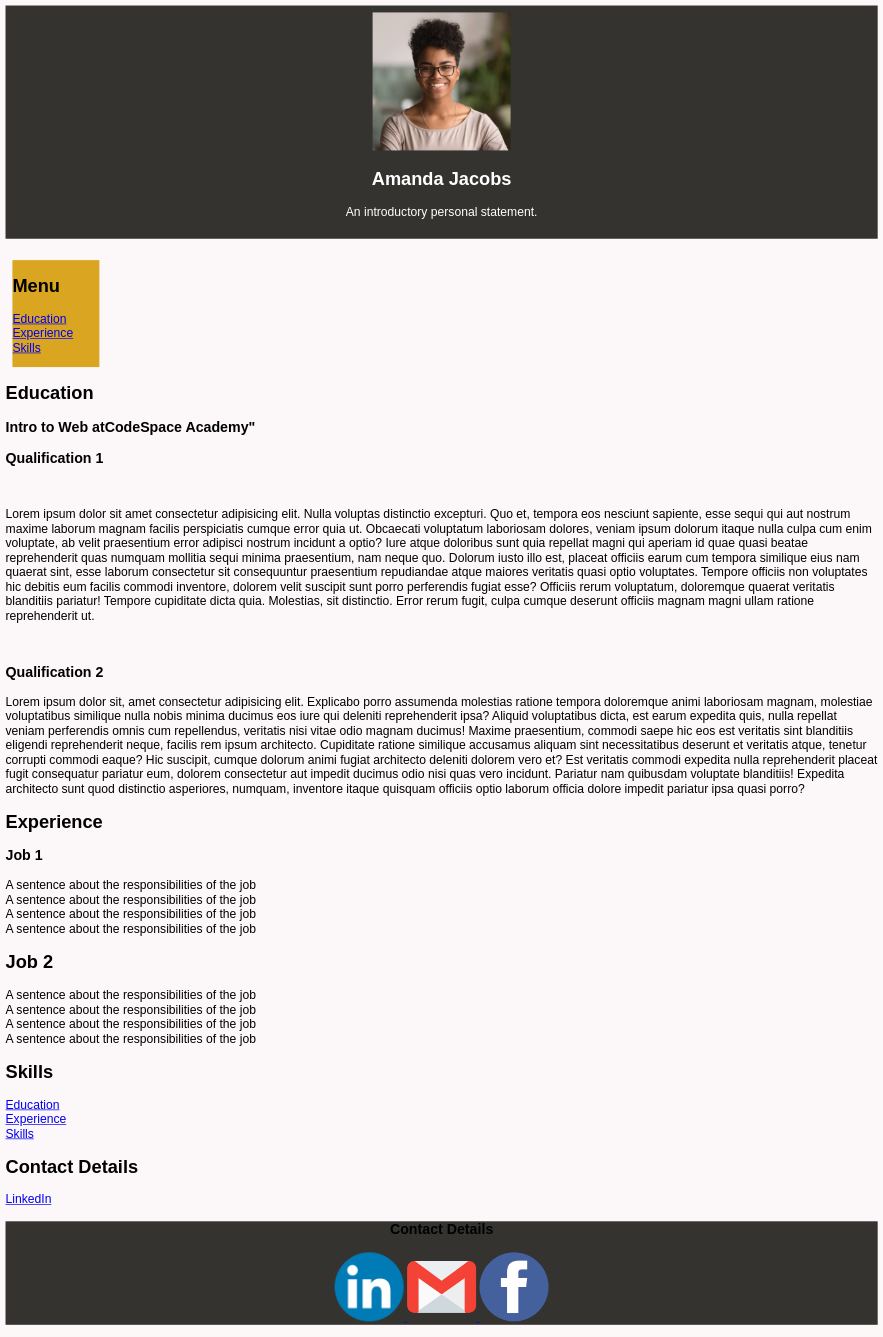
Repository: LeonardMhere/Resume-3
Page: resume `3/index.html
The author's editor kept a copy of each file at every save. The page is drawn from the files as they stood at one save, then again after the next save.
The browser window is 1280 px wide. The pictures show the whole page, at 69% of full size.

Above is the page before, as saved 2023-03-23 09:43:53.

After the next save:
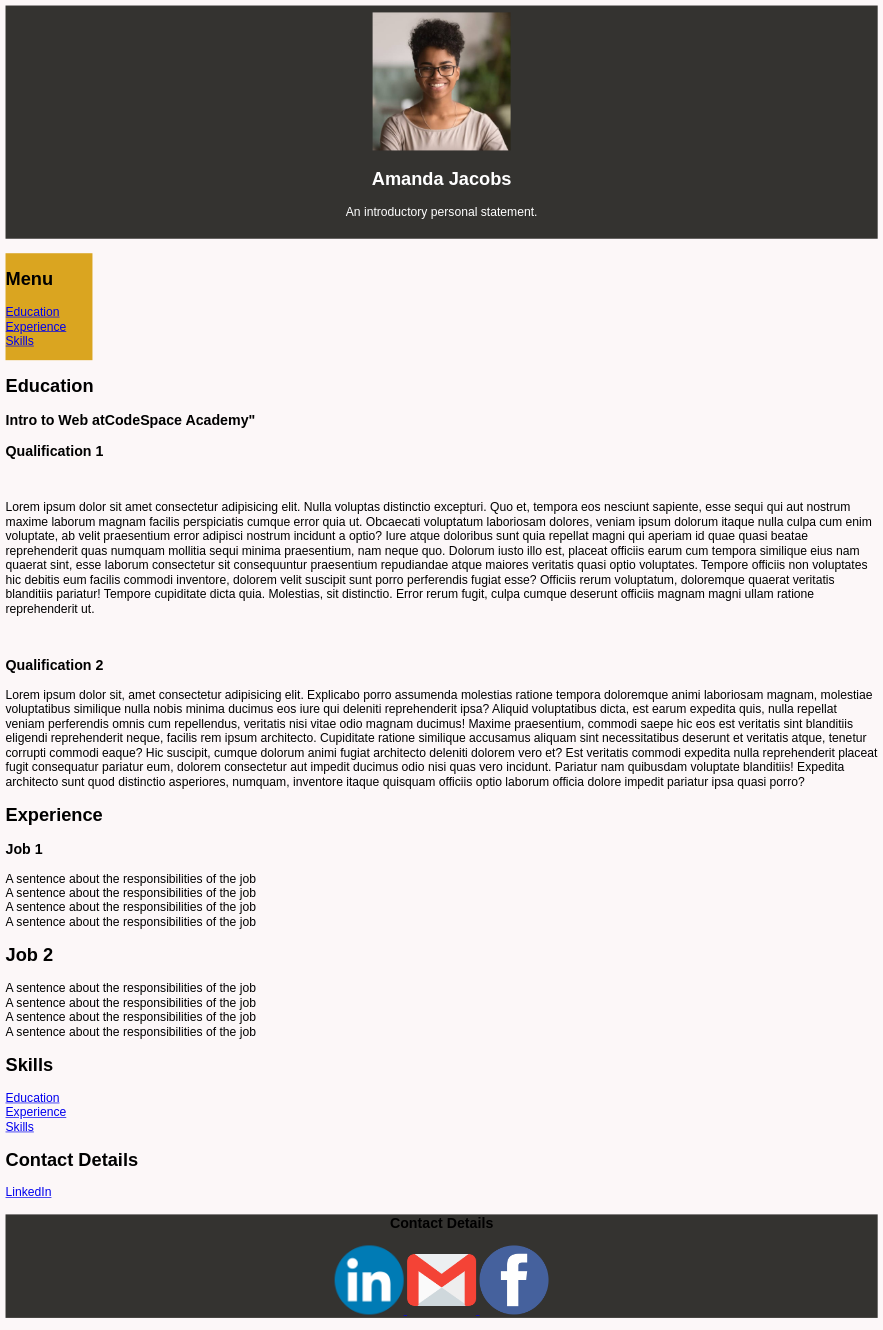
Saved 9 s later.
--- a/resume `3/css/stylesheet.css
+++ b/resume `3/css/stylesheet.css
@@ -21,7 +21,7 @@ header {
 
 .nav-menu{
     background-color:goldenrod;
-    margin: 10px;
+    margin: 0,5px;
     width: 10%;
     overflow: auto;
     background-color:
